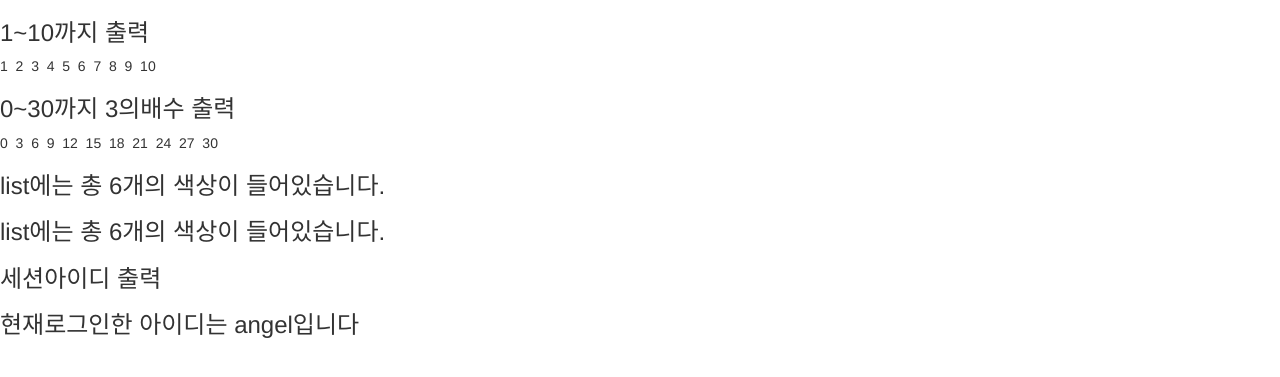
Repository: jungbee2/jungproject
Page: http://localhost/JstlProject/day0330/ex5_foreach.jsp
These files come from the project's save history. The page is drawn as it stood at one moment and after the next save; the edit follows.
The browser window is 1280 px wide. The pictures show the whole page.
Some web fonts or font styles are not loaded; a fallback is used. The page is served by Tomcat 9. Other server files are loaded and not shown.

Above is the page before, as saved 2023-03-30 02:27:51.

### JstlProject/src/main/webapp/day0330/ex5_foreach.jsp
<%@page import="java.util.List"%>
<%@page import="java.util.ArrayList"%>
<%@ page language="java" contentType="text/html; charset=utf-8"
	pageEncoding="utf-8"%>
<%@ taglib uri="http://java.sun.com/jsp/jstl/core" prefix="c"%>
<%@ taglib uri="http://java.sun.com/jsp/jstl/fmt" prefix="fmt"%>
<!DOCTYPE html>
<html>
<head>
<meta charset="utf-8">
<title>Insert title here</title>

<link
	href="https://fonts.googleapis.com/css2?family=Anton&family=Edu+VIC+WA+NT+Beginner:wght@600&family=Gamja+Flower&family=Single+Day&family=Jua&family=Nanum+Pen+Script&display=swap"
	rel="stylesheet">
<link rel="stylesheet"
	href="https://maxcdn.bootstrapcdn.com/bootstrap/3.4.1/css/bootstrap.min.css">
<script src="https://code.jquery.com/jquery-3.6.3.js"></script>

</head>

<body>
<%
	List<String> list=new ArrayList<>();

	list.add("red");
	list.add("green");
	list.add("orange");
	list.add("magenta");
	list.add("gray");
	list.add("pink");

	request.setAttribute("list", list);
	request.setAttribute("total", list.size());

	//세션에 저장
	session.setAttribute("id", "angel");

%>

<h3>1~10까지 출력</h3>
<c:forEach var="a" begin="1" end="10">
	${a }&nbsp;
</c:forEach>

<h3>0~30까지 3의배수 출력</h3>
<c:forEach var="a" begin="0" end="30" step="3">
	${a }&nbsp;
</c:forEach>

<!-- requestScope 생략가능 -->
<h3>list에는 총 ${requestScope.total }개의 색상이 들어있습니다.</h3>
<h3>list에는 총 ${total }개의 색상이 들어있습니다.</h3>

<h3>세션아이디 출력</h3>
<h3>현재로그인한 아이디는 ${sessionScope.id }입니다</h3>
</body>
</html>

After the next save:
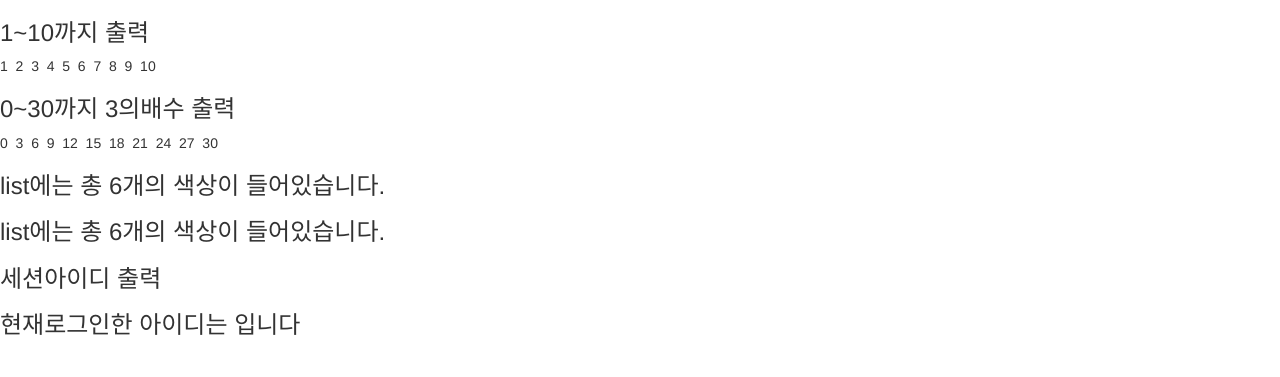
Saved 14 s later.
--- a/JstlProject/src/main/webapp/day0330/ex5_foreach.jsp
+++ b/JstlProject/src/main/webapp/day0330/ex5_foreach.jsp
@@ -53,6 +53,6 @@
 <h3>list에는 총 ${total }개의 색상이 들어있습니다.</h3>
 
 <h3>세션아이디 출력</h3>
-<h3>현재로그인한 아이디는 ${sessionScope.id }입니다</h3>
+<h3>현재로그인한 아이디는 입니다</h3>
 </body>
 </html>

After the save that followed:
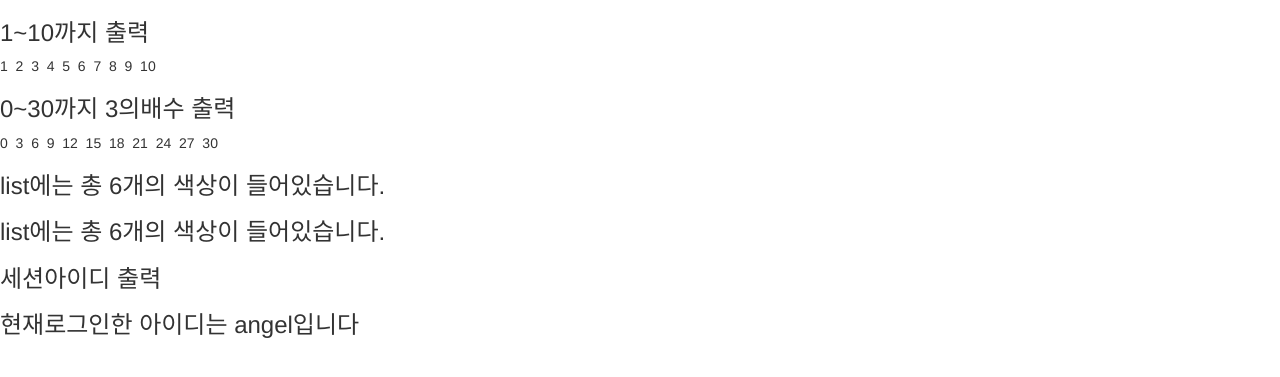
Saved 13 s later.
--- a/JstlProject/src/main/webapp/day0330/ex5_foreach.jsp
+++ b/JstlProject/src/main/webapp/day0330/ex5_foreach.jsp
@@ -53,6 +53,6 @@
 <h3>list에는 총 ${total }개의 색상이 들어있습니다.</h3>
 
 <h3>세션아이디 출력</h3>
-<h3>현재로그인한 아이디는 입니다</h3>
+<h3>현재로그인한 아이디는 ${sessionScope.id }입니다</h3>
 </body>
 </html>
